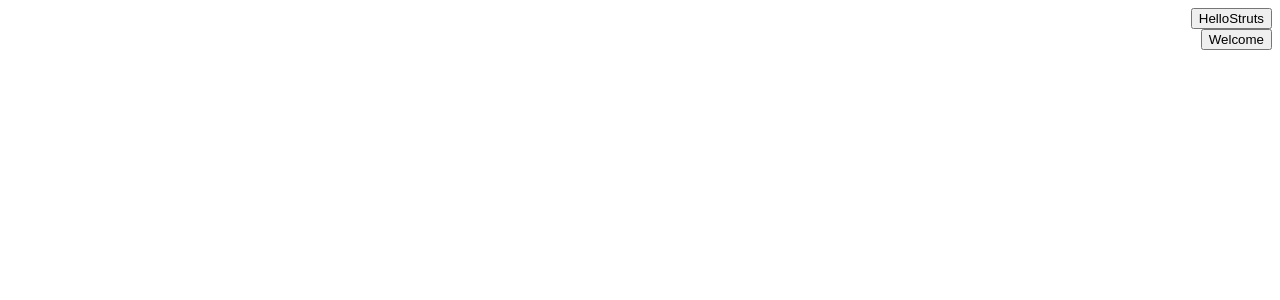
Repository: teru1236/test
Page: http://localhost/WebProj/
The author's editor kept a copy of each file at every save. The page is drawn from the files as they stood at one save, then again after the next save.
The browser window is 1280 px wide. The pictures show the whole page.
The page is served by Tomcat 9.

Above is the page before, as saved 2018-02-28 04:37:11.

After the next save:
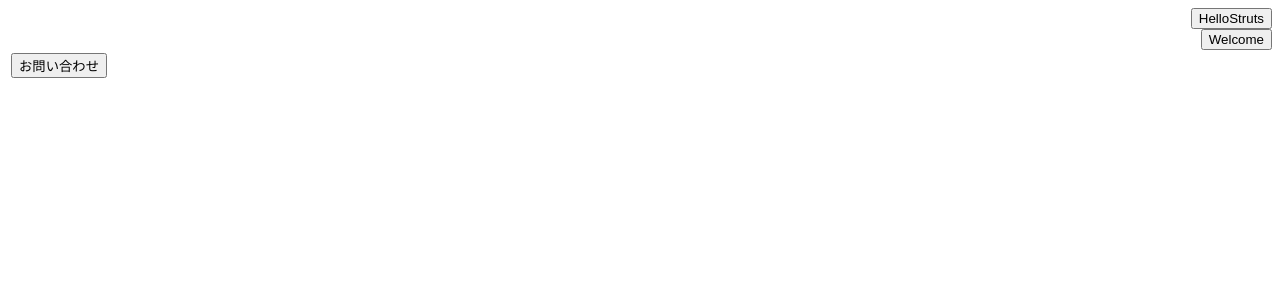
Saved 59 s later.
--- a/WebProj/WebContent/index.jsp
+++ b/WebProj/WebContent/index.jsp
@@ -14,5 +14,9 @@
 	<form action="WelcomeAction">
 		<s:submit value="Welcome"/>
 	</form>
+
+	<s:form action ="InquiryAction">
+		<s:submit value="お問い合わせ"/>
+	</s:form>
 </body>
 </html>
